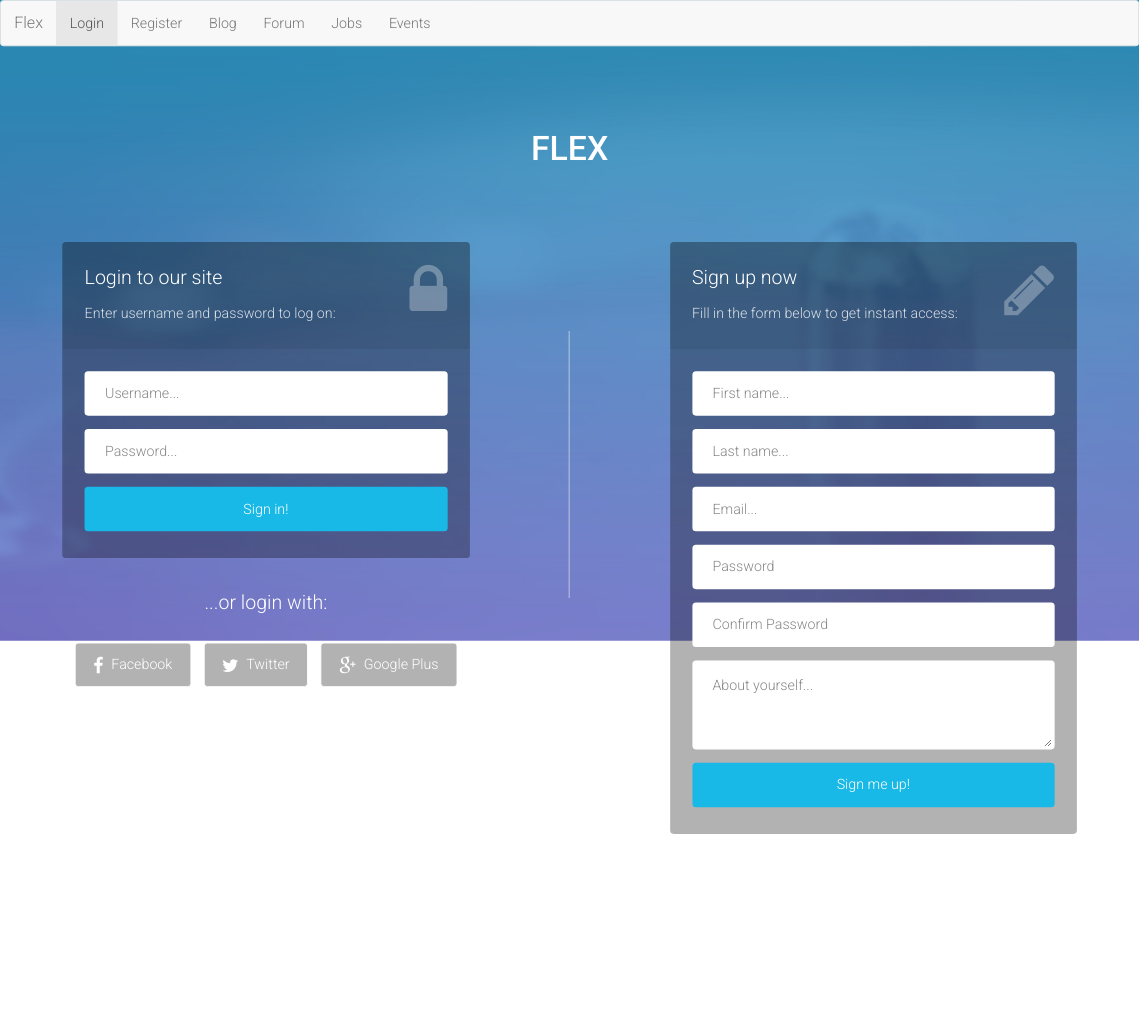
Repository: Angelamritha2012/Flex
Page: Collaboration/WebContent/index.html
An editor plug-in stored every save of this project. The page is shown before and after the next save, followed by the edit.
The browser window is 1280 px wide. The pictures show the whole page, at 89% of full size.

Above is the page before, as saved 2017-11-29 13:47:07.

After the next save:
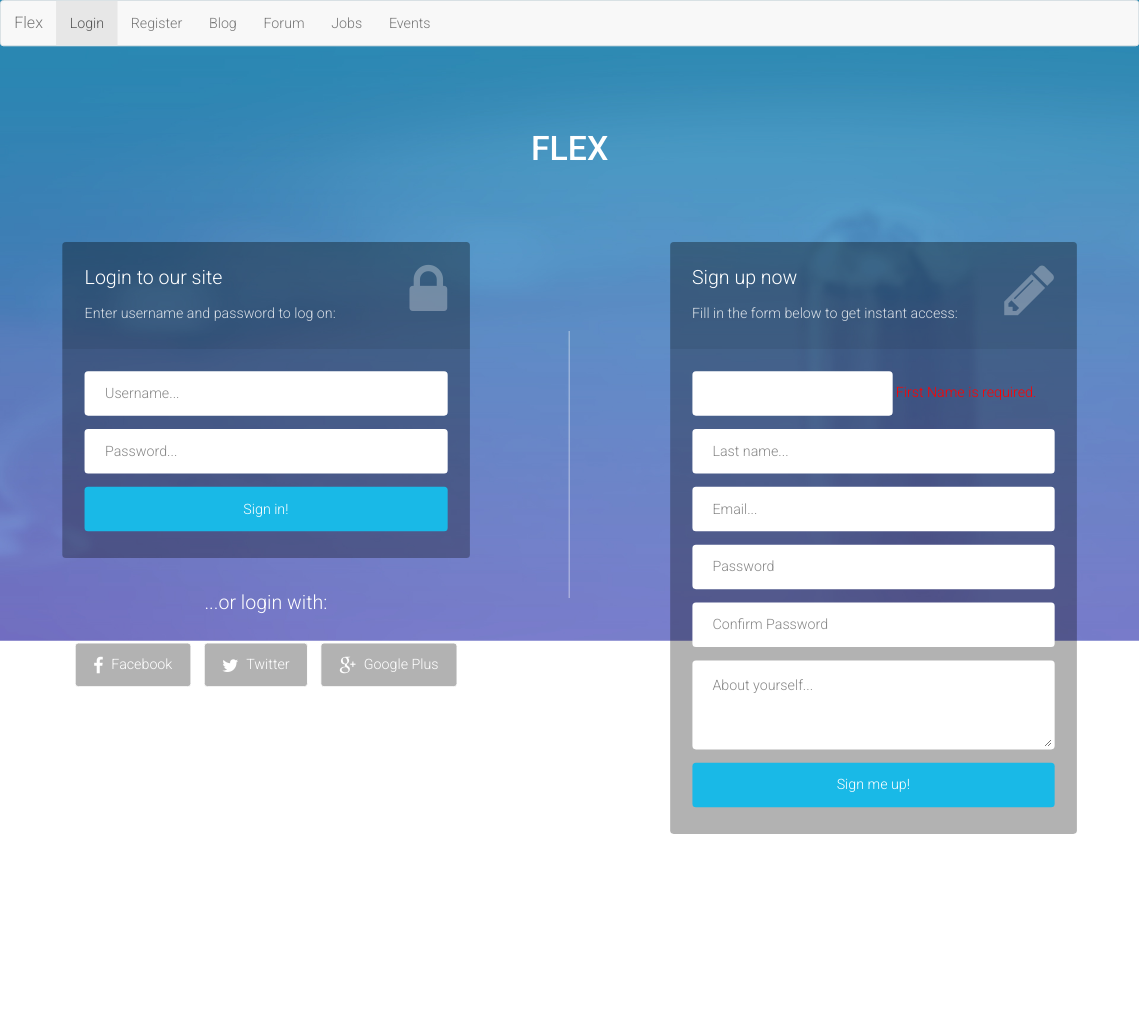
Saved 8 min 23 s later.
--- a/Collaboration/WebContent/index.html
+++ b/Collaboration/WebContent/index.html
@@ -126,8 +126,12 @@
 	                            <div class="form-bottom">
 				                    <form role="form" action="" method="post" class="registration-form">
 				                    	<div class="form-group">
-				                    		<label class="sr-only" for="form-first-name">First name</label>
-				                        	<input type="text" name="form-first-name" placeholder="First name..." class="form-first-name form-control" id="form-first-name">
+				                    		<!-- <label class="sr-only" for="form-first-name">First name</label>
+				                        	<input type="text" name="form-first-name" placeholder="First name..." class="form-first-name form-control" id="form-first-name"> -->
+				                       <input name = "firstname" type = "text" ng-model = "firstName" required>
+                     <span style = "color:red" ng-show = "studentForm.firstname.$dirty && studentForm.firstname.$invalid">
+                        <span ng-show = "studentForm.firstname.$error.required">First Name is required.</span>
+                     </span>
 				                        </div>
 				                        <div class="form-group">
 				                        	<label class="sr-only" for="form-last-name">Last name</label>
